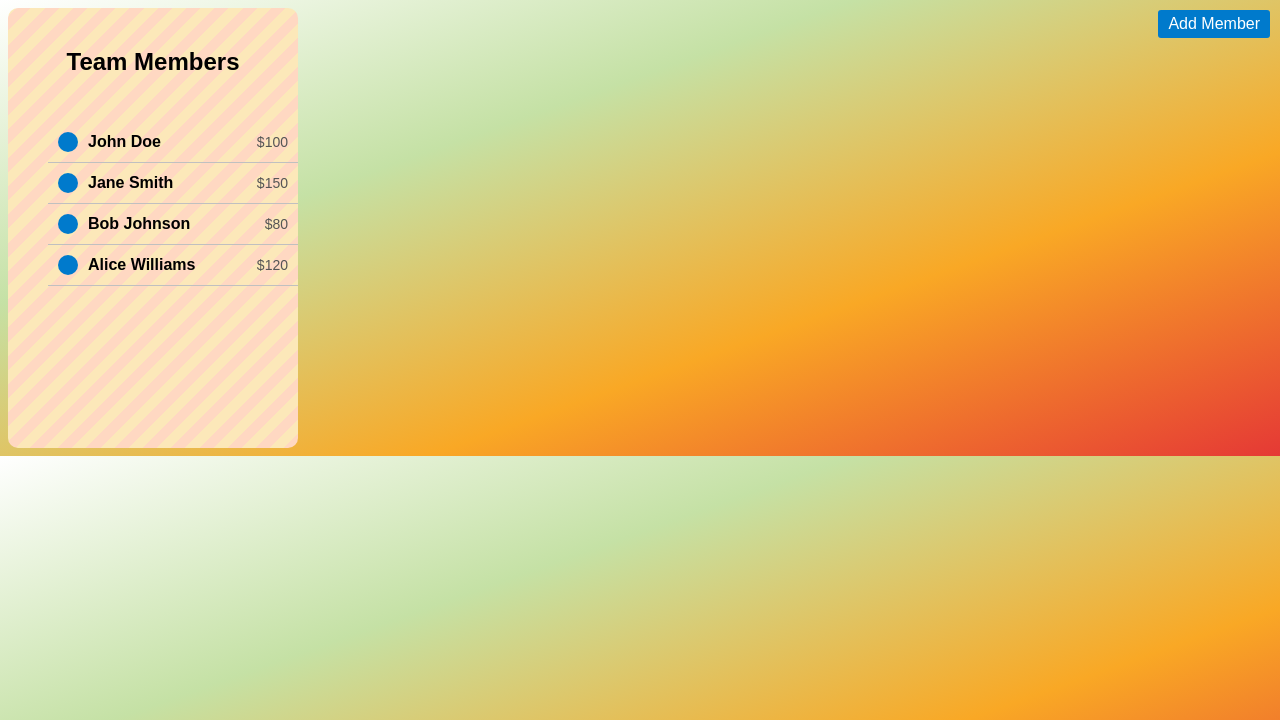
Repository: alexanderneal/meetingApp
Page: meetingApp copia/popup.html
The author's editor kept a copy of each file at every save. The page is drawn from the files as they stood at one save, then again after the next save.
The browser window is 1280 px wide. The pictures show the whole page.

Above is the page before, as saved 2023-04-21 11:14:39.

After the next save:
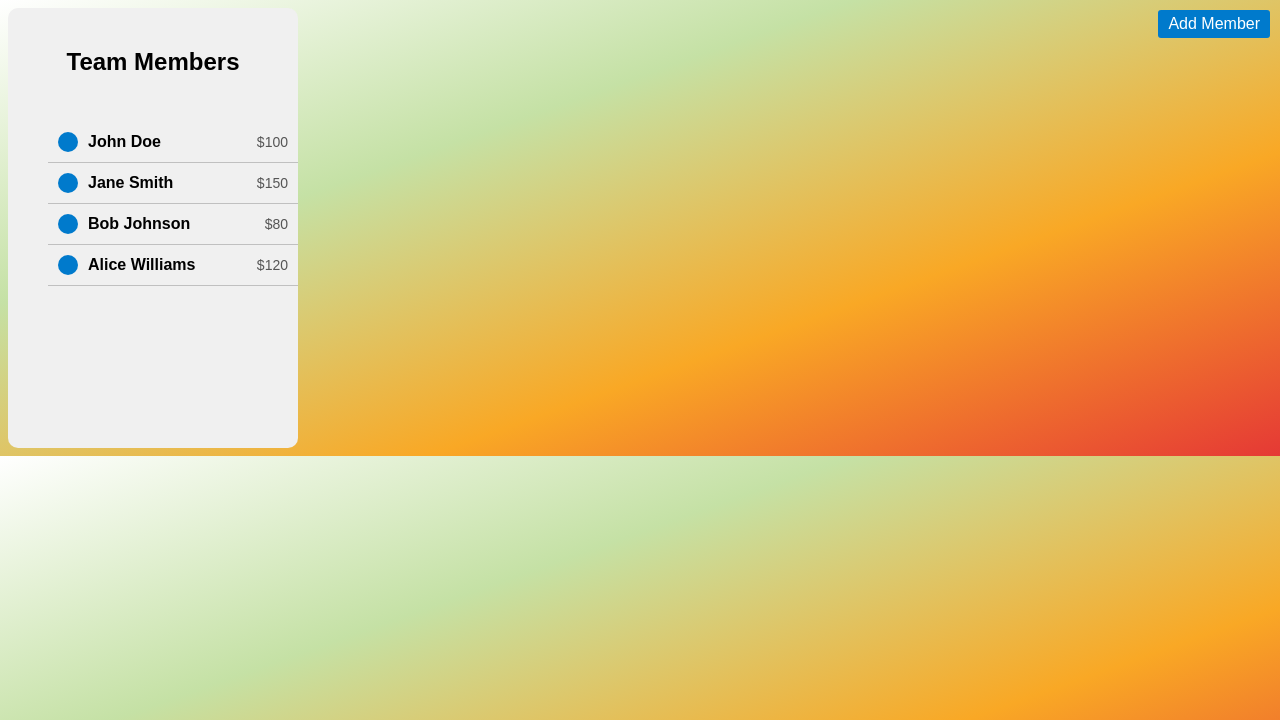
Saved 2 min 52 s later.
--- a/meetingApp copia/popup.css
+++ b/meetingApp copia/popup.css
@@ -6,15 +6,13 @@
     flex-direction: column;
     justify-content: center;
     align-items: center;
+    background-color: #f0f0f0;
+    border-radius: 10px;
+  }
 
-    background: repeating-linear-gradient(
-    -45deg,
-    #ffd8c2,
-    #ffd8c2 10px,
-    #fce8b9 10px,
-    #fce8b9 20px
-  );
-    border-radius: 10px;
+  body {
+    background: linear-gradient(45deg, #f0f0f0 25%, #e6e6e6 25%, #e6e6e6 50%, #f0f0f0 50%, #f0f0f0 75%, #e6e6e6 75%);
+    background-size: 20px 20px;
   }
 
   #add-member-btn {

After the save that followed:
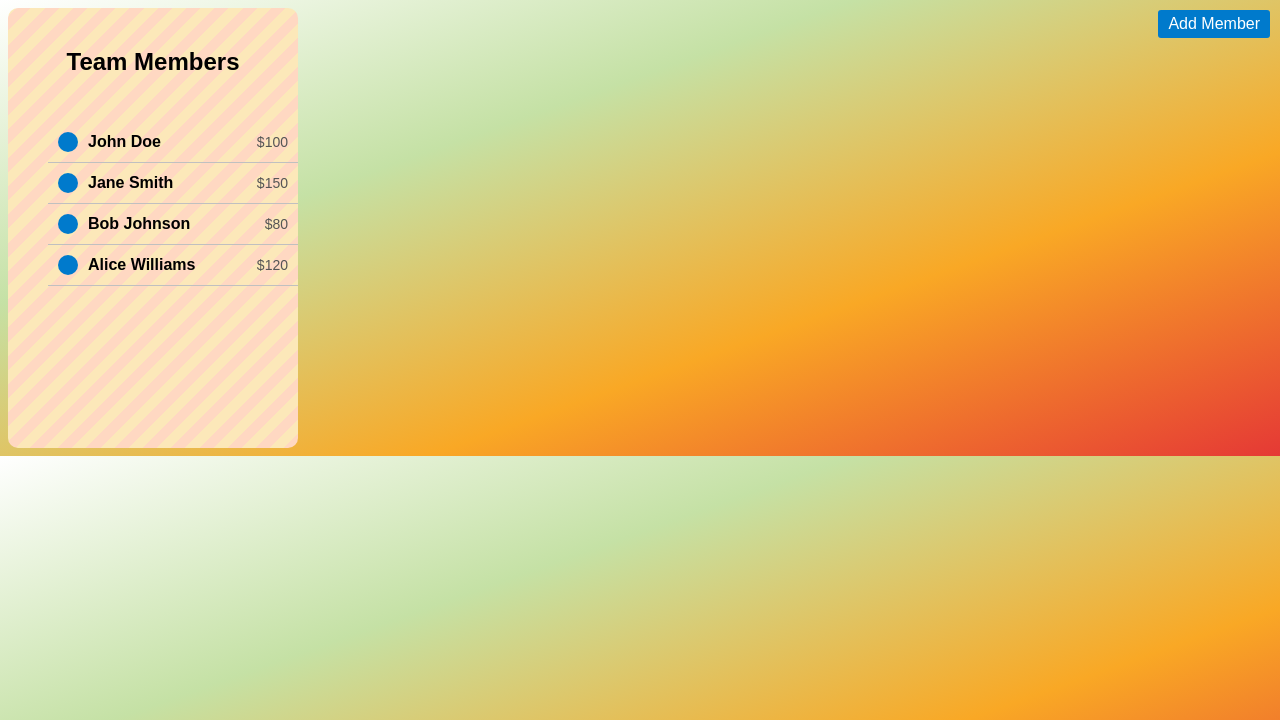
Saved 2 min 18 s later.
--- a/meetingApp copia/popup.css
+++ b/meetingApp copia/popup.css
@@ -6,13 +6,14 @@
     flex-direction: column;
     justify-content: center;
     align-items: center;
-    background-color: #f0f0f0;
+    background: repeating-linear-gradient(
+      -45deg,
+      #ffd8c2,
+      #ffd8c2 10px,
+      #fce8b9 10px,
+      #fce8b9 20px
+    );
     border-radius: 10px;
-  }
-
-  body {
-    background: linear-gradient(45deg, #f0f0f0 25%, #e6e6e6 25%, #e6e6e6 50%, #f0f0f0 50%, #f0f0f0 75%, #e6e6e6 75%);
-    background-size: 20px 20px;
   }
 
   #add-member-btn {
